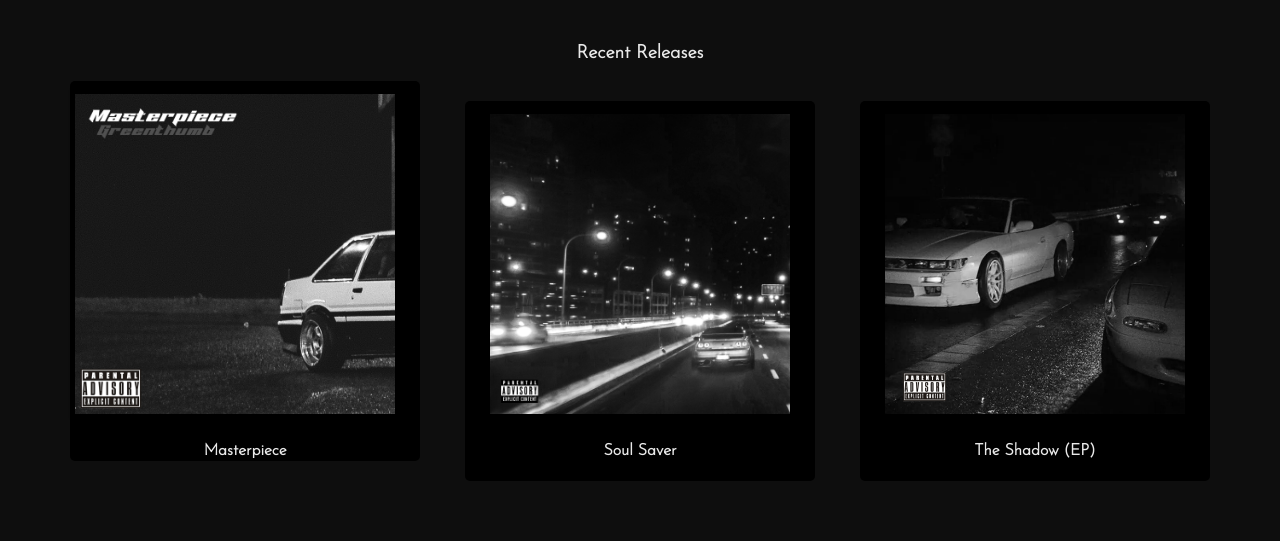
Repository: shayanabedi98/Greenthumb
Page: index.html
The author's editor kept a copy of each file at every save. The page is drawn from the files as they stood at one save, then again after the next save.
The browser window is 1280 px wide. The pictures show the part of the page from y = 734 to 1275 px (the page is 1275 px tall).
The pointer rests on the first visible `.card img`.

Above is the page before, as saved 2023-08-15 13:39:28.

After the next save:
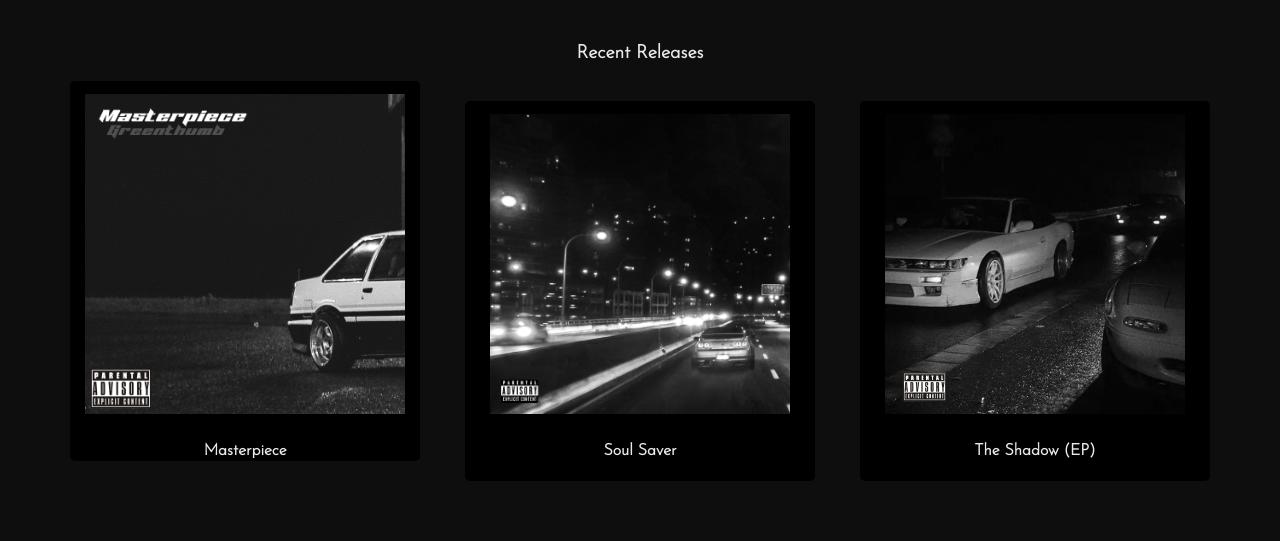
Saved 8 s later.
--- a/styles.css
+++ b/styles.css
@@ -70,7 +70,7 @@
 .card img:hover {
     height: 320px;
     width: 320px;
-    transform: translateX(-10px);
+    transform: translateX(0);
     transition: ease-in-out 0.3s;
 }
 
